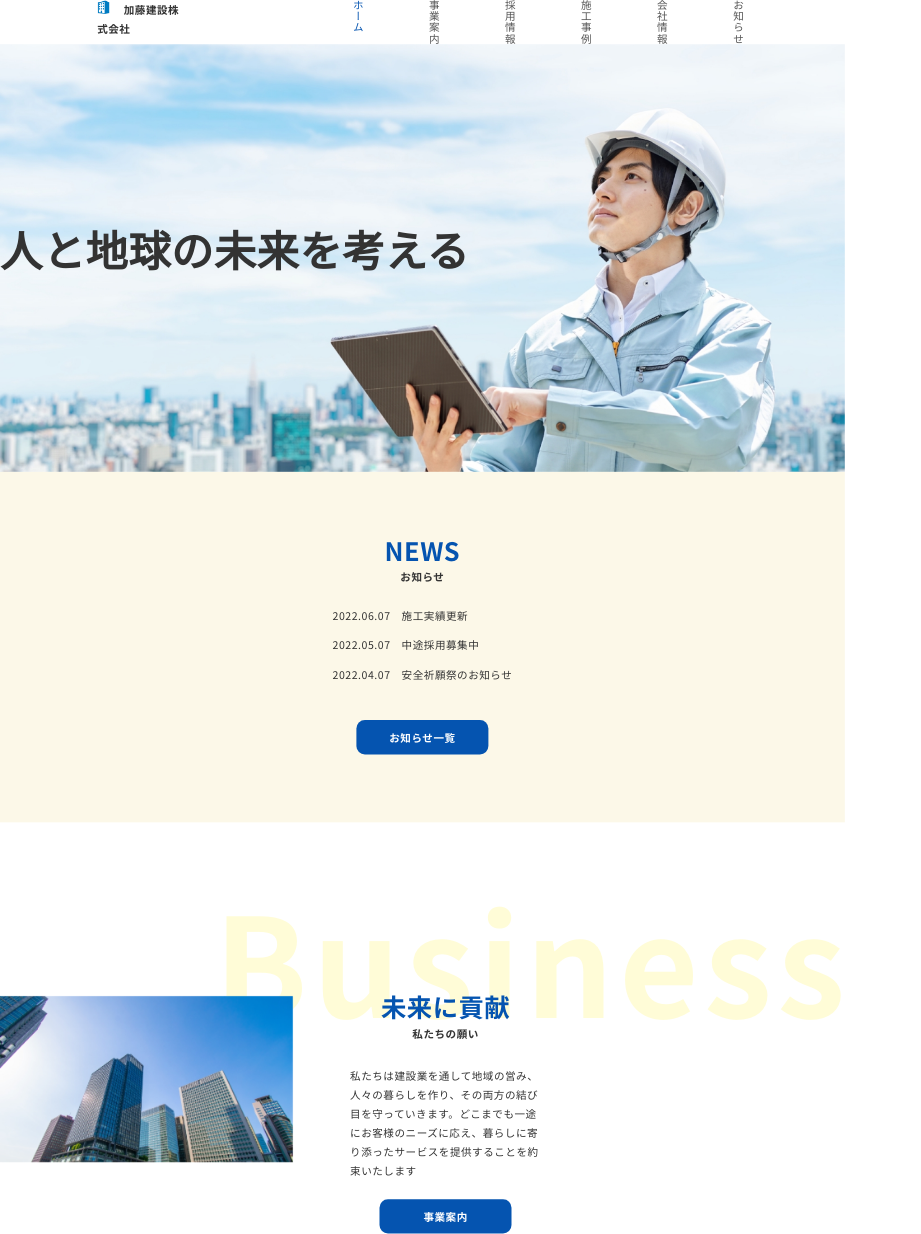
Repository: nozomi-23/hp1_test
Page: index.html
These files come from the project's save history. The page is drawn as it stood at one moment and after the next save; the edit follows.
The browser window is 1280 px wide. The page is 1289 px wide, then 1395 px, so the pictures cover 1395 px, including what lies to the right of the window. The pictures show the whole page, at 66% of full size.

Above is the page before, as saved 2022-06-12 15:23:45.

### index.html
<!DOCTYPE html>
<html lang="ja">
<head>
<meta charset="UTF-8">
<title>加藤建設 株式会社</title>
<meta name="description" content="人と地球の未来を考える 加藤建設 株式会社">
<meta name="keywords" content="建築,土木,インフラ">
<meta name="viewport" content="width=device-width, initial-scale=1.0">
<meta property="og:title" content="建築依頼なら「加藤建設 株式会社」">
<meta property="og:type" content="article">
<meta property="og:url" content="https://withcode-plus.tech">
<meta property="og:image" content="img/logo.png">
<meta property="og:description" content="確かな技術力が自慢、インフラから地域貢献まで加藤建設にお任せ下さい">
<meta property="og:site_name" content="加藤建設 株式会社">
<link rel="icon" href="img/favicon.ico">
<link rel="apple-touch-icon" sizes="180x180" href="img/logo.png">
<link rel="preconnect" href="https://fonts.googleapis.com">
<link rel="preconnect" href="https://fonts.gstatic.com" crossorigin>
<link href="https://fonts.googleapis.com/css2?family=Noto+Sans+JP:wght@400;500;700&family=Noto+Serif+JP&display=swap"
  rel="stylesheet">
<link rel="stylesheet" type="text/css" href="css/reset.css">
<link rel="stylesheet" type="text/css" href="css/common1.css">
<link rel="stylesheet" type="text/css" href="css/index.css">
</head>
<body>
  <!-- =========header -->
  <header>
    <div class="header_wrapper">
      <div class="header_inner">
        <h1 class="header_left">加藤建設株式会社</h1>
        <nav class="header_right" >
          <ul class="header_list">
            <li><a href="#" class="color">ホーム</a></li>
            <li><a href="html/business.html">事業案内</a></li>
            <li><a href="html/recruit.html">採用情報</a></li>
            <li><a href="html/work.html">施工事例</a></li>
            <li><a href="html/company.html">会社情報</a></li>
            <li><a href="html/news.html">お知らせ</a></li>
          </ul>
        </nav>
      </div>
    </div>
  </header>
  <!-- =========main_view -->
  <main>
    <section class="main_wrapper">
      <div class="main_txt">
        <h3>人と地球の未来を考える</h3>
      </div>
    </section>
    <!-- =========news -->
    <section class="news section section_color">
      <div class="news_wrapper">
        <h2 class="title">NEWS<br>
          <small>お知らせ</small></h2>
        <ul class="news_list">
          <li>2022.06.07&emsp;施工実績更新</li>
          <li>2022.05.07&emsp;中途採用募集中</li>
          <li>2022.04.07&emsp;安全祈願祭のお知らせ</li>
        </ul>
        <div class="btn">
          <a href="html/news.html">お知らせ一覧</a>
        </div>
      </div>
    </section>
    <!-- =========business -->
    <section class="business section">
      <div class="business_wrapper">
        <div class="business_all">
          <div class="business_bg_wrapper">
            <div class="business_bg">
              <div class="business_bg_item">
                <p>Business</p>
              </div>
            </div>
          </div>
          <div class="business_block_wrapper">
            <div class="business_block_1">
              <img src="img/bussines_top.png" alt="事業案内画像">
            </div>
            <div class="business_block_2">
              <h2 class="title">未来に貢献<br>
                <small>私たちの願い</small>
              </h2>
              <p>私たちは建設業を通して地域の営み、人々の暮らしを作り、その両方の結び目を守っていきます。どこまでも一途にお客様のニーズに応え、暮らしに寄り添ったサービスを提供することを約束いたします</p>
              <div class="btn">
                <a href="html/business.html">事業案内</a>
              </div>
            </div>
          </div>
        </div>

      </div>
    </section>
  </main>
</body>
</html>

### css/reset.css
@charset "UTF-8";

html,
body,
div,
span,
object,
iframe,
h1,
h2,
h3,
h4,
h5,
h6,
p,
blockquote,
pre,
abbr,
address,
cite,
code,
del,
dfn,
em,
img,
ins,
kbd,
q,
samp,
small,
strong,
sub,
sup,
var,
b,
i,
dl,
dt,
dd,
ol,
ul,
li,
fieldset,
form,
label,
legend,
table,
caption,
tbody,
tfoot,
thead,
tr,
th,
td,
article,
aside,
canvas,
details,
figcaption,
figure,
footer,
header,
hgroup,
menu,
nav,
section,
summary,
time,
mark,
audio,
video {
  margin: 0;
  padding: 0;
  border: 0;
  outline: 0;
  font-size: 100%;
  vertical-align: baseline;
  background: transparent;
}

body {
  line-height: 1;
}

article,
aside,
details,
figcaption,
figure,
footer,
header,
hgroup,
menu,
nav,
section {
  display: block;
}

nav ul {
  list-style: none;
}

blockquote,
q {
  quotes: none;
}

blockquote:before,
blockquote:after,
q:before,
q:after {
  content: '';
  content: none;
}

a {
  margin: 0;
  padding: 0;
  font-size: 100%;
  vertical-align: baseline;
  background: transparent;
}

/* change colours to suit your needs */
ins {
  background-color: #ff9;
  color: #000;
  text-decoration: none;
}

/* change colours to suit your needs */
mark {
  background-color: #ff9;
  color: #000;
  font-style: italic;
  font-weight: bold;
}

del {
  text-decoration: line-through;
}

abbr[title],
dfn[title] {
  border-bottom: 1px dotted;
  cursor: help;
}

table {
  border-collapse: collapse;
  border-spacing: 0;
}

/* change border colour to suit your needs */
hr {
  display: block;
  height: 1px;
  border: 0;
  border-top: 1px solid #cccccc;
  margin: 1em 0;
  padding: 0;
}

input,
select {
  vertical-align: middle;
}

### css/common1.css
@charset "UTF-8";

body {
  color: #333;
  letter-spacing: 0.05em;
  line-height: 1.8;
  font-family: 'Noto Sans JP', sans-serif ,'Noto Serif JP', serif;
  word-break: break-all;
}
li {
  list-style: none;
}

a {
  text-decoration: none;
}
.section {
  padding: 8% 0;
  position: relative;
}


/* タイトル */
.title {
  color: #0554B0;
  font-weight: bold;
  font-size: 2.4rem;
  line-height: 0.8;
  text-align: center;
}
.title small {
  font-size: 1rem;
  color: #333;
}
/* ボタン */
.btn {
  background-color: #0554B0;
  width: 200px;
  margin: 0 auto;
  line-height: 2;
  border-radius: 0.8rem;
}
.btn a {
  display: block;
  color: #fff;
  font-weight: bold;
  padding: 5%;
  text-align: center;
}
.btn:hover {
  opacity: 0.5;
}

### css/index.css
@charset "UTF-8";

/* =================
header
===================*/
.header_wrapper {
  display: flex;
  justify-content: center;
}
.header_inner {
  width: 77%;
  display: flex;
  justify-content: space-between;

}
.header_list {
  display: table;
}
.header_list li {
  display: table-cell;
  writing-mode: vertical-rl;
}
.header_list li a {
  color: #555;
}
.header_list li a:hover {
  opacity: 0.5;
}
.header_list li a.color {
  color: #0554B0;
}

.header_left::before {
  content: "";
  background: url(../img/name_icon.png) no-repeat ;
  background-size: contain;
  width: 30%;
  height: 30%;
  z-index: 1;
  display: inline-block;
}

/* =================
main_view
===================*/
.main_wrapper {
  background: url(../img/top_img.png)no-repeat center;
  background-size: cover;
  width: 100%;
  height: 90vh;
}
.main_txt {
  font-size: 4rem;
  font-weight: normal;
  font-family: 'Noto Serif JP';
  position: relative;
  top: 40%;
}
/* =================
news
===================*/
.section_color {
  background-color: #FCF8E8;
}
.news {
  text-align: center;
  display: block;
}

.news_list {
  padding: 3%;
  text-align: left;
  display: inline-block;

}
.news_list li {
  margin-bottom: 1rem;
}
/* =================
business
===================*/
.business_wrapper {
  position: absolute;
  top: 10%;
  left: 20;
}
.business_all {
  position: relative;
}
.business_block_wrapper {
  width: 100%;
  height: auto;
  display: flex;
  justify-content: space-between;
  position: absolute;
  top: 65%;
}


.business_block_1 {
  width: 46%;
}
.business_block_1 img{
  width: 100%;
  height: auto;
}
.business_block_2 {
  width: 30%;
  margin-right: 15%;
}

.business_block_2 p {
  padding: 15% 0 10% 0;
}
.business_bg {
  width: 80%;

}
.business_bg_wrapper {
  width: 83%;
  margin-left: auto;
}
.business_bg_item {
  width: 100%;
  /* background-color: aqua; */
}
.business_bg {
  margin-left: auto;
}
.business_bg_item p {
  color: rgba(255, 245, 109, 0.27);
  font-size: 13rem;
  font-weight: 700;
  white-space: nowrap;
  letter-spacing: 0.5rem;
  }

After the next save:
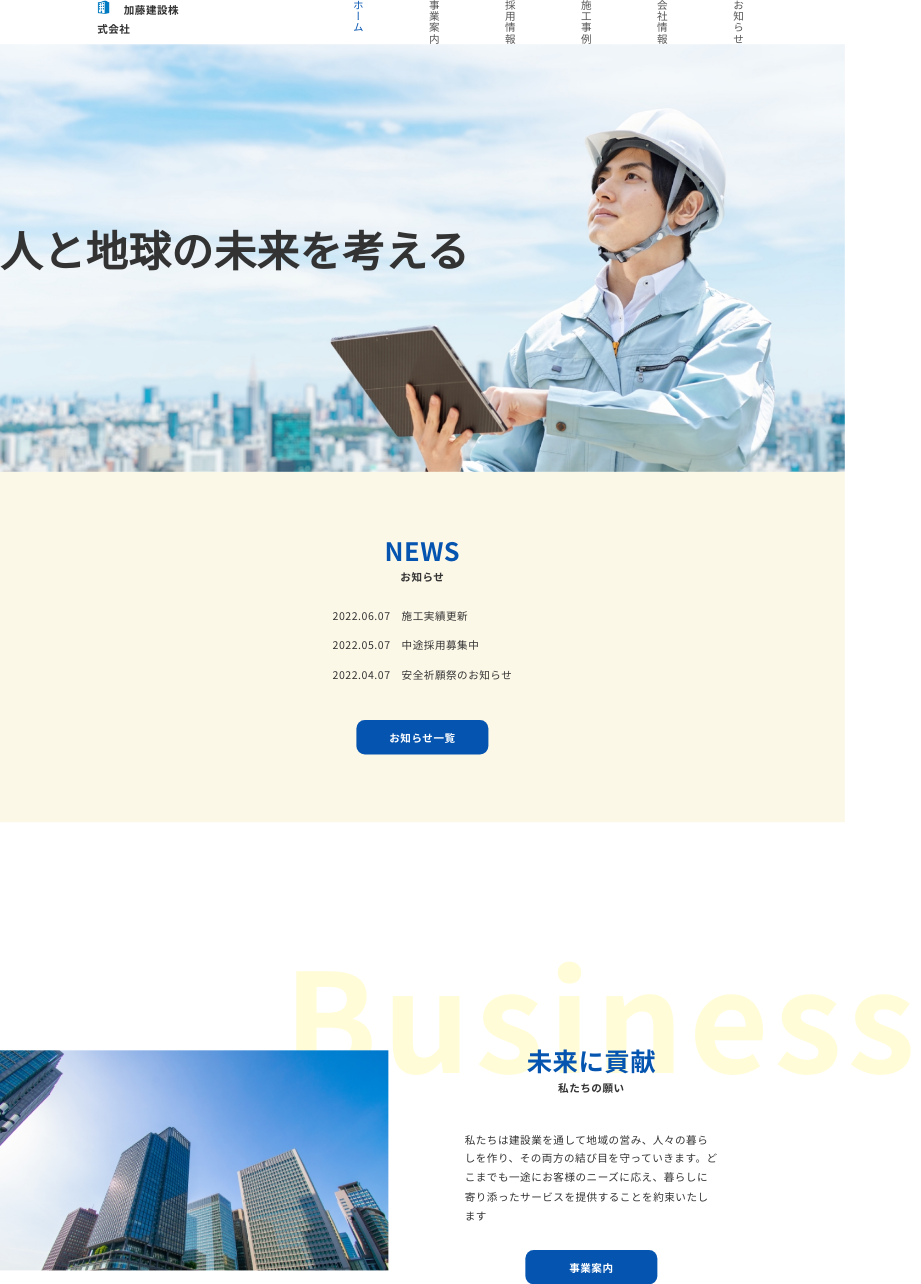
Saved 7 s later.
--- a/css/index.css
+++ b/css/index.css
@@ -79,11 +79,7 @@ news
 /* =================
 business
 ===================*/
-.business_wrapper {
-  position: absolute;
-  top: 10%;
-  left: 20;
-}
+
 .business_all {
   position: relative;
 }
